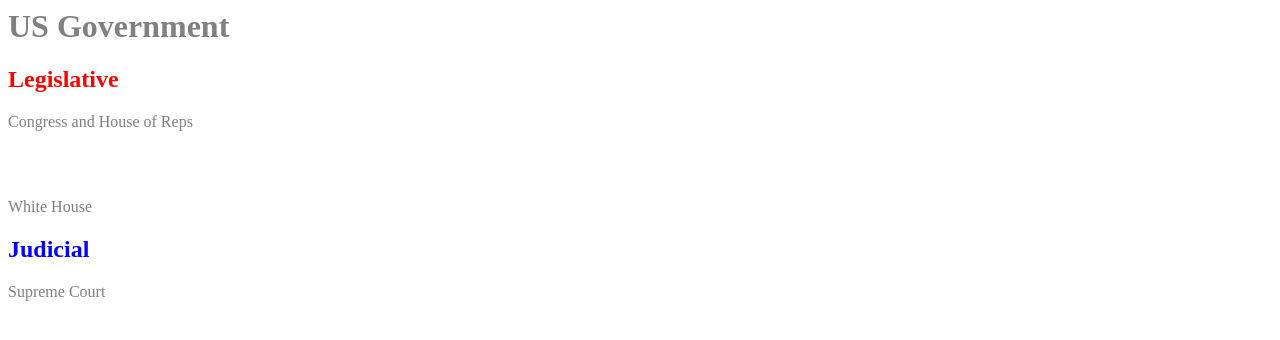
Repository: Peacepapi/1702Java
Page: web/src/main/webapp/index.html
These files come from the project's save history. The page is drawn as it stood at one moment and after the next save; the edit follows.
The browser window is 1280 px wide. The pictures show the whole page.

Above is the page before, as saved 2017-02-24 14:37:49.

### web/src/main/webapp/index.html
<html>
	<body style="color: grey">
		<h1>US Government</h1>
		<h2 style="color: red">Legislative</h2>
			<p>Congress and House of Reps</p>
		<h2 style="color: white">Executive</h2>
			<p>White House</p>
		<h2 style="color: blue">Judicial</h2>
			<p>Supreme Court</p>
	</body>
</html>

After the next save:
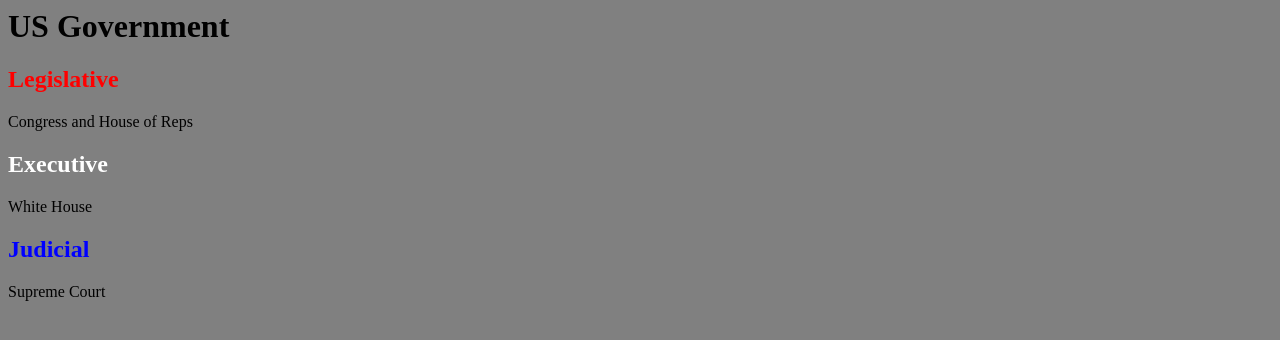
Saved 10 s later.
--- a/web/src/main/webapp/index.html
+++ b/web/src/main/webapp/index.html
@@ -1,5 +1,5 @@
 <html>
-	<body style="color: grey">
+	<body style="background-color: grey">
 		<h1>US Government</h1>
 		<h2 style="color: red">Legislative</h2>
 			<p>Congress and House of Reps</p>
